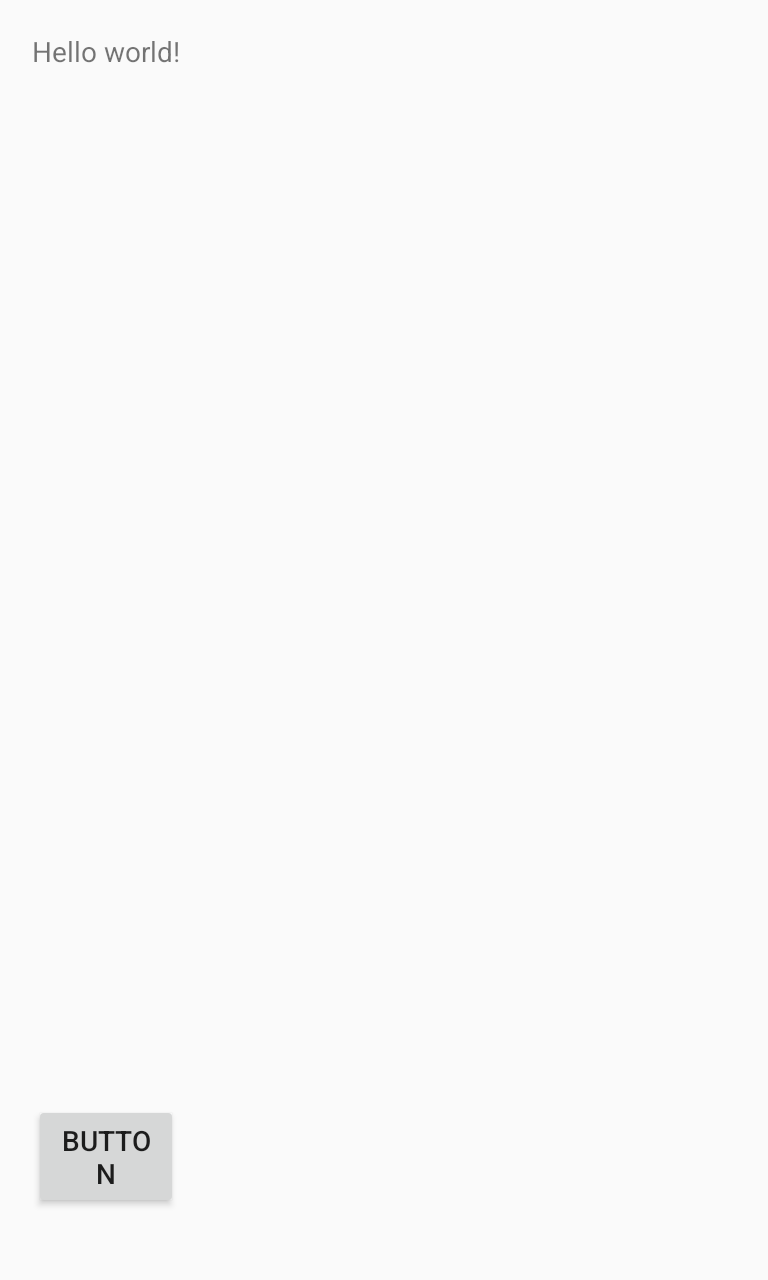
Repository: abhinav-kr/CognitiveAssistanceOnGoogleGlass
Layout: gabriel-android-glass/first-project/res/layout/activity_main.xml
An editor plug-in stored every save of this project. The layout is shown before and after the next save, followed by the edit.
It is drawn on a 768 x 1280 px phone screen (xhdpi) without system bars, with theme AppTheme; the app's code is not run.

Above is the layout before, as saved 2014-09-12 17:58:43.

After the next save:
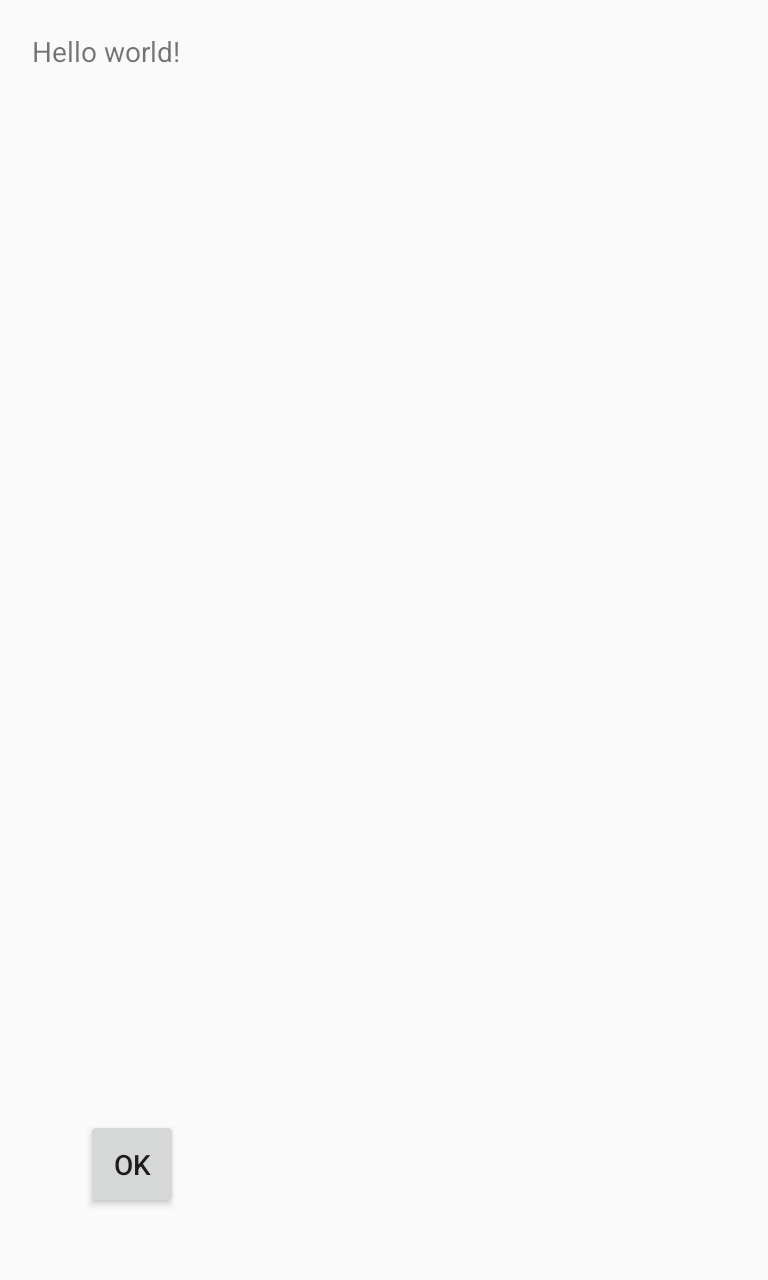
Saved 8 s later.
--- a/gabriel-android-glass/first-project/res/layout/activity_main.xml
+++ b/gabriel-android-glass/first-project/res/layout/activity_main.xml
@@ -22,6 +22,6 @@
         android:layout_alignParentBottom="true"
         android:layout_alignRight="@+id/textView1"
         android:layout_marginBottom="18dp"
-        android:text="Button" />
+        android:text="OK" />
 
 </RelativeLayout>
